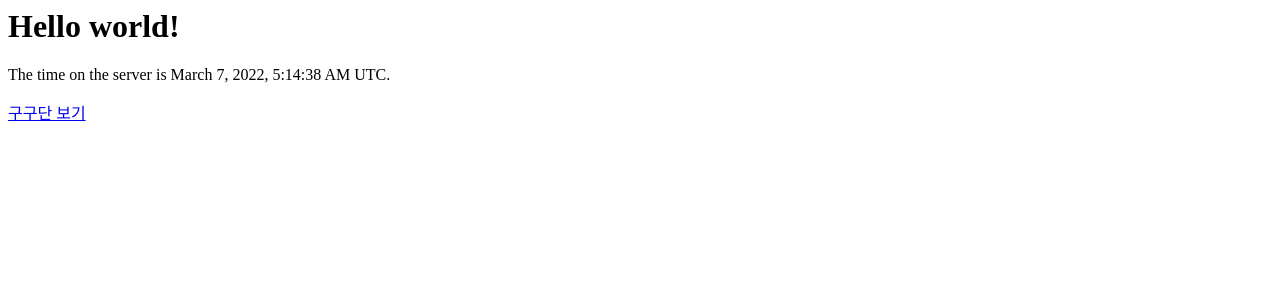
Repository: qkrgnsgml/springAtCollege
Page: http://localhost/Hello/
An editor plug-in stored every save of this project. The page is shown before and after the next save, followed by the edit.
The browser window is 1280 px wide. The pictures show the whole page.
The page is served by Tomcat 9. The template is opened directly, without the code that normally fills it, so the values that code supplies are empty.

Above is the page before, as saved 2022-03-07 05:55:58.

After the next save:
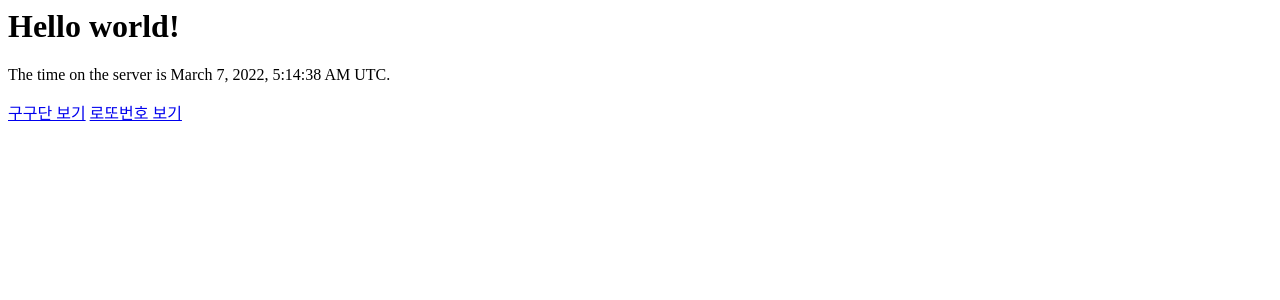
Saved 12 min 12 s later.
--- a/Hello/src/main/webapp/WEB-INF/views/home.jsp
+++ b/Hello/src/main/webapp/WEB-INF/views/home.jsp
@@ -11,5 +11,6 @@
 
 <P>  The time on the server is ${serverTime}. </P>
 <a href="/gugudan">구구단 보기</a>
+<a href="/lotto">로또번호 보기</a>
 </body>
 </html>
